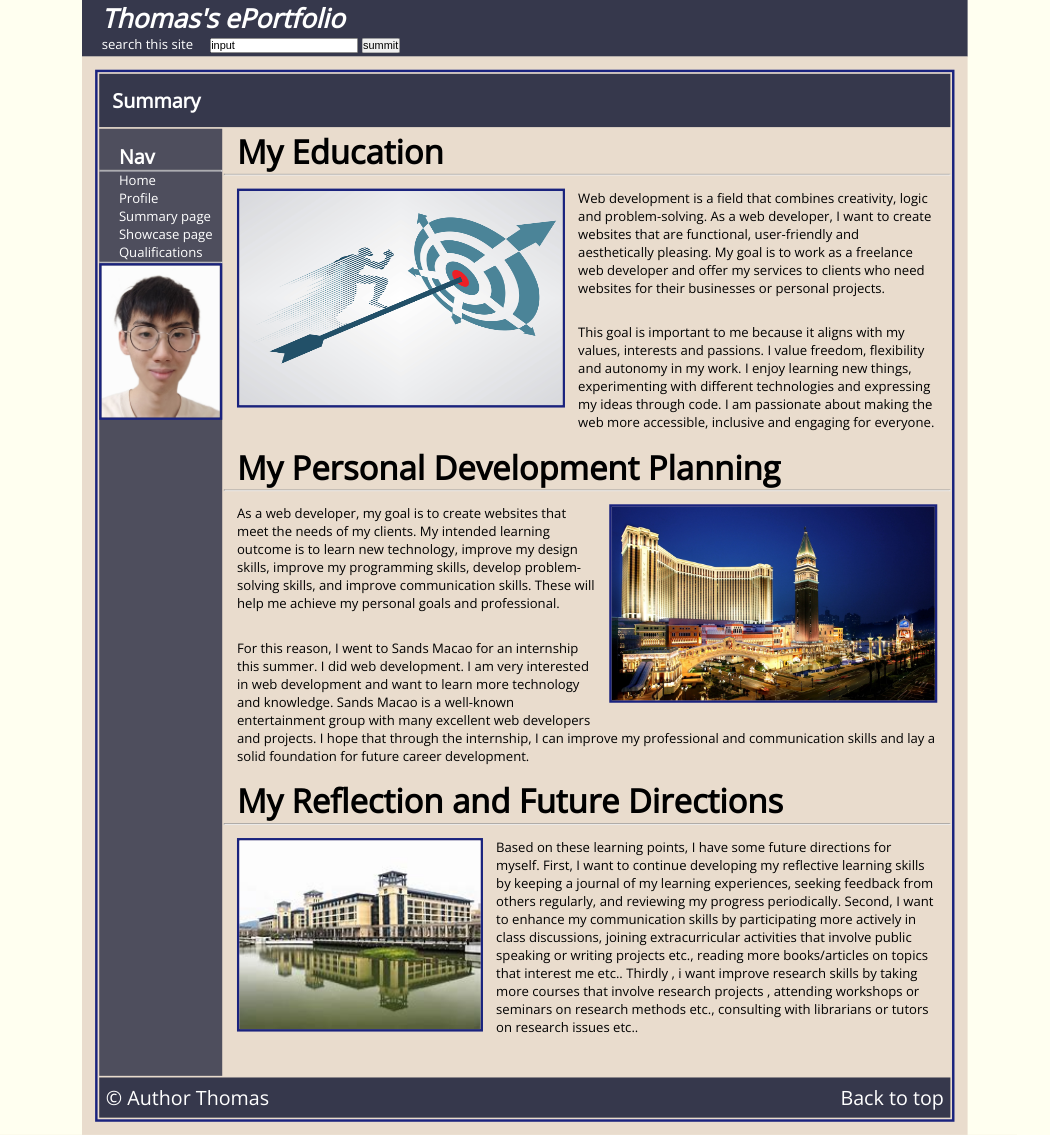
Repository: thomasTAT/UM
Page: cisc3003-2023/CISC3003-dc026709-2023/CISC3003-IndAssgn-2023FEB20/public/cisc3003-IndAssgn-qualification.html
The author's editor kept a copy of each file at every save. The page is drawn from the files as they stood at one save, then again after the next save.
The browser window is 1280 px wide. The pictures show the whole page, at 82% of full size.

Above is the page before, as saved 2023-02-26 16:36:30.

### cisc3003-2023/CISC3003-dc026709-2023/CISC3003-IndAssgn-2023FEB20/public/cisc3003-IndAssgn-qualification.html
<!DOCTYPE html>
<html lang="en">

<head>
    <meta charset="utf-8">
    <title>Summary</title>
    <link rel="stylesheet" href="css/reset.css">
    <link rel="stylesheet" href="css/cisc3003-IndAssgn-summary.css">
</head>

<body>
    <header>
        <h1>Thomas's ePortfolio </h1>
        <form action="/action_page.php">
            <label for="fname">search this site</label>
            <input type="text" id="fname" name="fname" value="input">
            <button type="submit">summit</button>
        </form>
    </header>
    <main>
        <section>
            <h2 style="display: none">This is a form</h2>
            <form>
                <table>
                    <tr>
                        <td class="subtitle" colspan="2">
                            <h2>Summary</h2>
                        </td>
                    </tr>
                    <tr>
                        <td class="nav">
                            <h2>Nav</h2>
                            <hr>
                            <ul>
                                <li><a href="cisc3003-IndAssgn.html">Home</a></li>
                                <li><a href="cisc3003-IndAssgn-profile.html">Profile</a></li>
                                <li> <a href="cisc3003-IndAssgn-summary.html">Summary page</a></li>
                                <li> <a href="cisc3003-IndAssgn-showcase.html">Showcase page</a></li>
                                <li> <a href="cisc3003-IndAssgn-qualification.html">Qualifications</a></li>
                            </ul>
                            <hr>

                            <img src="images/self.png" width="150px">
                        </td>

                        <td>
                            <div class="main">
                                <h2>My Education
                                </h2>
                                <hr />
                                <img class="left" src="images/goal.jpg" alt="home" title="We love tacos!" width="400"
                                    height="267">
                                <p>
                                    Web development is a field that combines creativity, logic and problem-solving. As a
                                    web developer, I want to create websites that are functional, user-friendly and
                                    aesthetically pleasing. My goal is to work as a freelance web developer and offer my
                                    services to clients who need websites for their businesses or personal projects.
                                </p>
                                <p>
                                    This goal is important to me because it aligns with my values, interests and
                                    passions. I value freedom, flexibility and autonomy in my work. I enjoy learning new
                                    things, experimenting with different technologies and expressing my ideas through
                                    code. I am passionate about making the web more accessible, inclusive and engaging
                                    for everyone.
                                </p>
                                <div class="clear"></div>


                                <h2>My Personal Development Planning</h2>
                                <hr>
                                <img class="right" src="images/san.jpg" alt="timetable" width="400">
                                <p>
                                    As a web developer, my goal is to create websites that meet the needs of my clients.
                                    My intended learning outcome is to learn new technology,
                                    improve my design skills,
                                    improve my programming skills,
                                    develop problem-solving skills,
                                    and improve communication skills.
                                    These will help me achieve my personal goals
                                    and professional.
                                </p>
                                <p>For this reason, I went to Sands Macao for an internship this summer. I did web
                                    development.
                                    I am very interested in web development and want to learn more technology and
                                    knowledge.
                                    Sands Macao is a well-known entertainment group with many excellent web developers
                                    and projects. I hope that through the internship, I can improve my professional and
                                    communication skills and lay a solid foundation for future career development.</p>
                                <div class="clear"></div>

                                <h2>My Reflection and Future Directions</h2>
                                <hr>
                                <img class="left" src="images/university.jpg" width="300">

                                <p>
                                    Based on these learning points, I have some future directions for myself. First, I
                                    want to continue developing my reflective learning skills by keeping a journal of my
                                    learning experiences, seeking feedback from others regularly, and reviewing my
                                    progress periodically. Second, I want to enhance my communication skills by
                                    participating more actively in class discussions, joining extracurricular activities
                                    that involve public speaking or writing projects etc., reading more books/articles
                                    on topics that interest me etc.. Thirdly , i want improve research skills by taking
                                    more courses that involve research projects , attending workshops or seminars on
                                    research methods etc., consulting with librarians or tutors on research issues etc..
                                <div class="clear"></div>
                                </p>
                            </div>
                        </td>
                    </tr>
                    <footer>
                        <tr>
                            <td class="footer" colspan="2">
                                <p class="right"><a href="#">Back to top</a></p>
                                <p> &copy; Author Thomas </p>
                            </td>
                        </tr>
                    </footer>
                </table>
            </form>
        </section>
    </main>
</body>

</html>

### cisc3003-2023/CISC3003-dc026709-2023/CISC3003-IndAssgn-2023FEB20/public/css/reset.css
html, body, header, footer, hgroup, nav, main, article, section, figure, figcaption, h1, h2, h3, ul, li, body, div, p, img
{
   margin: 0;
   padding: 0;
   font-size: 100%;
   vertical-align: baseline;
   border: 0;
}
* {
   margin: 0;
   padding: 0;
   box-sizing: border-box;
}

### cisc3003-2023/CISC3003-dc026709-2023/CISC3003-IndAssgn-2023FEB20/public/css/cisc3003-IndAssgn-summary.css
@import url(https://fonts.googleapis.com/css?family=Open+Sans);
@import url(https://fonts.googleapis.com/css?family=Lobster);

/* general text formatting */

h1,
h2,
h3 {
    font-family: "Open Sans"
}

body {
    font-family: "Open Sans", Verdana, Arial, sans-serif;
    font-size: 100%;
    background-color: #FFFFF0;
    max-width: 1080px;
    margin-left: auto;
    margin-right: auto;
}


header {
    color: white;
    background-color: #36384C;
    padding-left: 1.5rem;
}

header input {
    margin-left: 1rem;
    margin-bottom: 0.25rem;
}

.footer {
    background-color: #36384c;
    color: white;
    padding: 0.5rem;
}

.footer p,
.footer a {
    font-size: 1.5rem;
    text-decoration: none;
}

.footer a:hover {
    background-color: #7986cb;
}

header h1 {
    font-size: 2rem;
    font-style: italic;

}



main {
    background-color: #E9DCCD;
    display: block;
    padding: 1em;
    /* 外面白色 */
}


/* profile */
.subtitle {
    background-color: #36384c;
    color: white;
    padding: 1rem;
    font-size: 1.5rem;
}

table td {
    vertical-align: text-top;
}

form table {
    border: solid #1a237e;
}

/* nav部分 */
.nav {
    width: 150px;
    background-color: #36384cdc;
}

.nav h2 {
    font-size: 1.5em;
    padding-left: 1.5rem;
}

.nav ul {
    padding-left: 1rem;
    list-style: none;
}

.nav ul a {
    text-decoration: none;
    margin: 0.5rem;
}

.nav a:visited,
.footer a {
    color: white;
}

.nav a:hover {
    background-color: #1a237e;
}

.nav a,
.nav{
    color: white;
}

/* nav 部分 */



.main h2 {
    font-size: 2.5rem;
    padding-left: 1rem;
}

.main p {
    padding: 1rem;
    /* padding-top: 5rem; */
}

.main img {
    margin-left: 1rem;
    margin-top: 1rem;
    margin-right: 1rem;
    margin-bottom: 1rem;
}

img {
    border: solid #1a237e
}

.left {
    float: left;
    margin-right: 1rem;
    margin-bottom: 1rem;
}

.clear {
    clear: both;
}

.right {
    float: right;
}

After the next save:
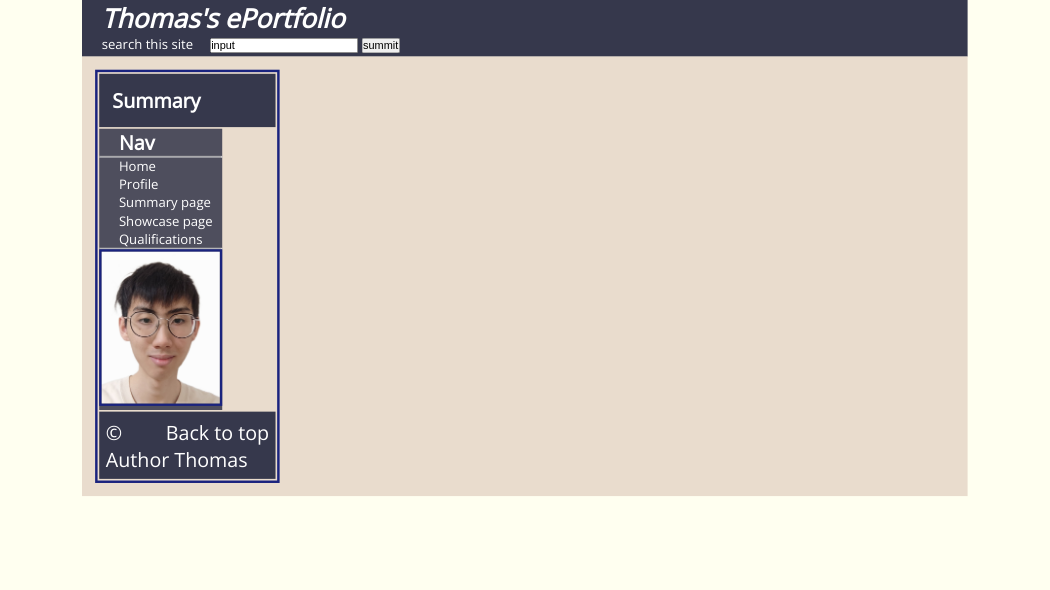
Saved 39 s later.
--- a/cisc3003-2023/CISC3003-dc026709-2023/CISC3003-IndAssgn-2023FEB20/public/cisc3003-IndAssgn-qualification.html
+++ b/cisc3003-2023/CISC3003-dc026709-2023/CISC3003-IndAssgn-2023FEB20/public/cisc3003-IndAssgn-qualification.html
@@ -45,65 +45,8 @@
 
                         <td>
                             <div class="main">
-                                <h2>My Education
-                                </h2>
-                                <hr />
-                                <img class="left" src="images/goal.jpg" alt="home" title="We love tacos!" width="400"
-                                    height="267">
-                                <p>
-                                    Web development is a field that combines creativity, logic and problem-solving. As a
-                                    web developer, I want to create websites that are functional, user-friendly and
-                                    aesthetically pleasing. My goal is to work as a freelance web developer and offer my
-                                    services to clients who need websites for their businesses or personal projects.
-                                </p>
-                                <p>
-                                    This goal is important to me because it aligns with my values, interests and
-                                    passions. I value freedom, flexibility and autonomy in my work. I enjoy learning new
-                                    things, experimenting with different technologies and expressing my ideas through
-                                    code. I am passionate about making the web more accessible, inclusive and engaging
-                                    for everyone.
-                                </p>
-                                <div class="clear"></div>
 
 
-                                <h2>My Personal Development Planning</h2>
-                                <hr>
-                                <img class="right" src="images/san.jpg" alt="timetable" width="400">
-                                <p>
-                                    As a web developer, my goal is to create websites that meet the needs of my clients.
-                                    My intended learning outcome is to learn new technology,
-                                    improve my design skills,
-                                    improve my programming skills,
-                                    develop problem-solving skills,
-                                    and improve communication skills.
-                                    These will help me achieve my personal goals
-                                    and professional.
-                                </p>
-                                <p>For this reason, I went to Sands Macao for an internship this summer. I did web
-                                    development.
-                                    I am very interested in web development and want to learn more technology and
-                                    knowledge.
-                                    Sands Macao is a well-known entertainment group with many excellent web developers
-                                    and projects. I hope that through the internship, I can improve my professional and
-                                    communication skills and lay a solid foundation for future career development.</p>
-                                <div class="clear"></div>
-
-                                <h2>My Reflection and Future Directions</h2>
-                                <hr>
-                                <img class="left" src="images/university.jpg" width="300">
-
-                                <p>
-                                    Based on these learning points, I have some future directions for myself. First, I
-                                    want to continue developing my reflective learning skills by keeping a journal of my
-                                    learning experiences, seeking feedback from others regularly, and reviewing my
-                                    progress periodically. Second, I want to enhance my communication skills by
-                                    participating more actively in class discussions, joining extracurricular activities
-                                    that involve public speaking or writing projects etc., reading more books/articles
-                                    on topics that interest me etc.. Thirdly , i want improve research skills by taking
-                                    more courses that involve research projects , attending workshops or seminars on
-                                    research methods etc., consulting with librarians or tutors on research issues etc..
-                                <div class="clear"></div>
-                                </p>
                             </div>
                         </td>
                     </tr>
